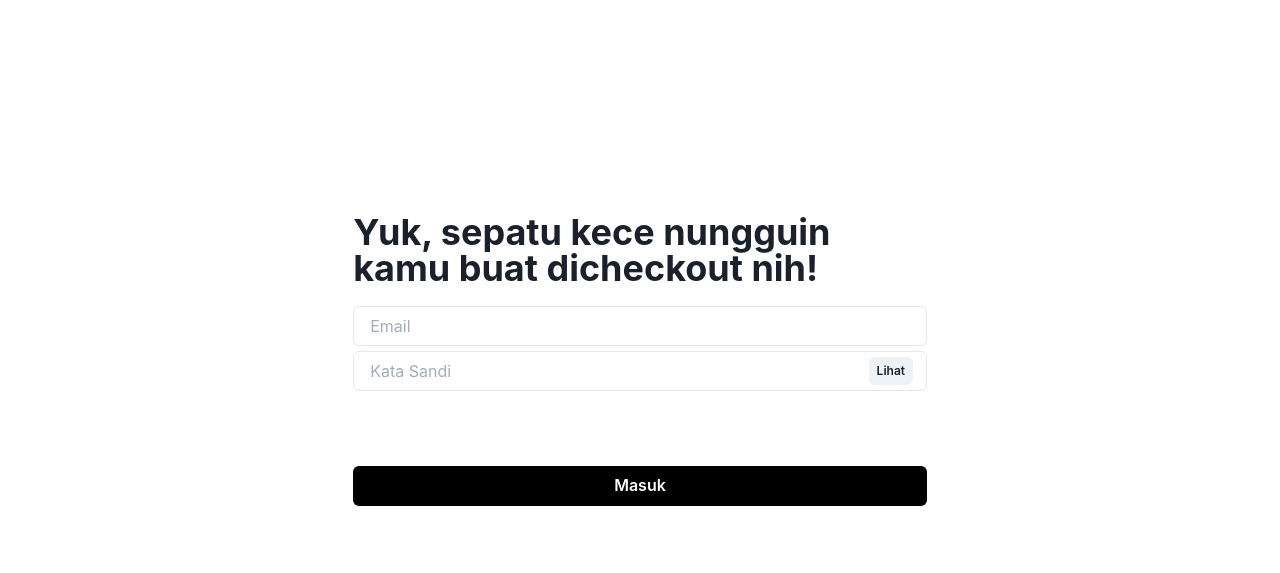
Repository: haileykwen/hanskering
Page: /
The author's editor kept a copy of each file at every save. The page is drawn from the files as they stood at one save, then again after the next save.
The browser window is 1280 px wide. The pictures show the whole page.
The project was rebuilt for these pictures with package versions that can differ from the ones it lists, and the page was loaded fresh each time. Also part of the build but not shown: src/App.css, src/pages/Signup/index.js.

Above is the page before, as saved 2021-12-10 11:19:00.

After the next save:
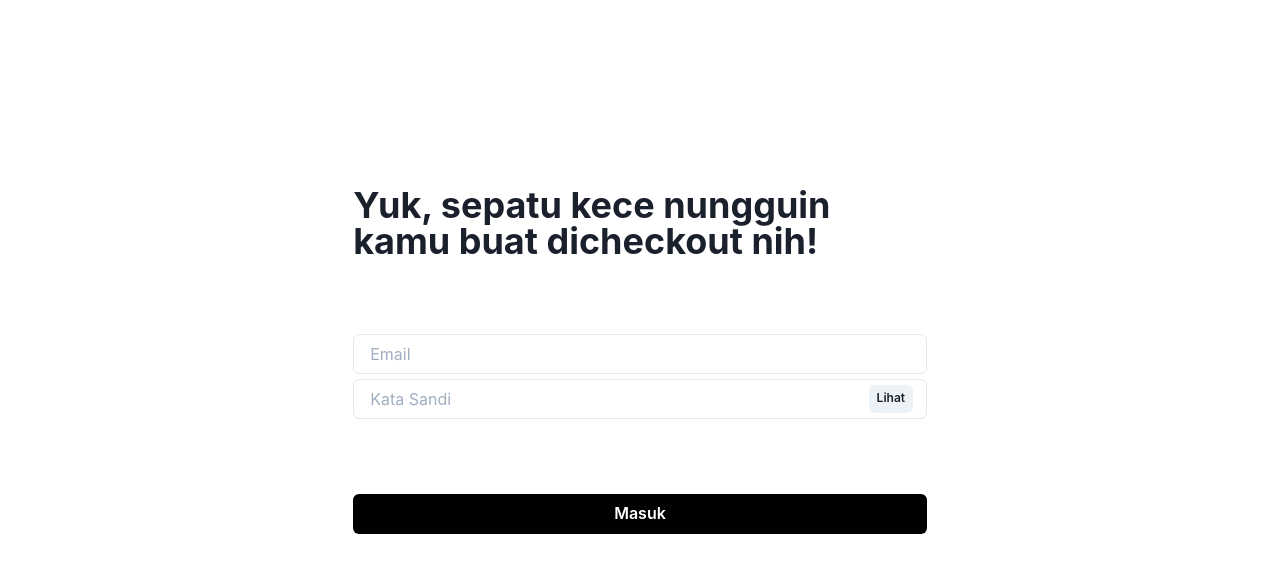
Saved 7 s later.
--- a/src/pages/Signin/index.js
+++ b/src/pages/Signin/index.js
@@ -9,7 +9,7 @@ const Signin = () => {
 
     return (
         <Container minH="100vh" alignItems="center" justifyContent="center" centerContent>
-            <Heading marginBottom="20px" lineHeight="100%">Yuk, sepatu kece nungguin kamu buat dicheckout nih!</Heading>
+            <Heading marginBottom="75px" lineHeight="100%">Yuk, sepatu kece nungguin kamu buat dicheckout nih!</Heading>
 
             <Input placeholder='Email' focusBorderColor="black"/>
             <InputGroup marginTop="5px">
